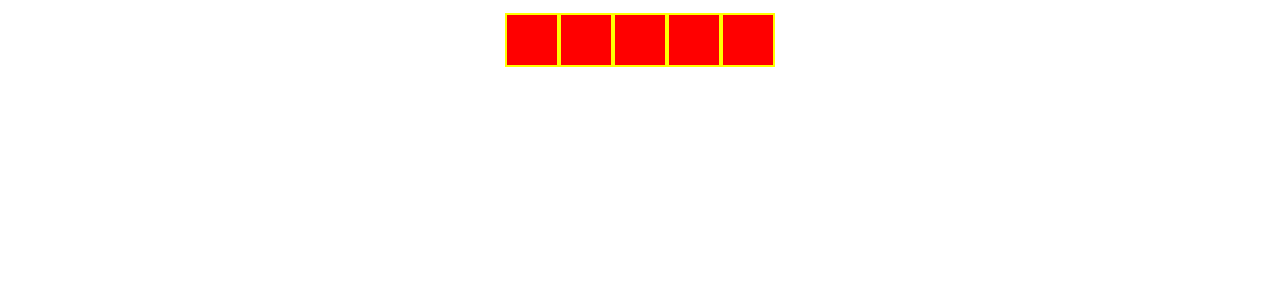
Repository: batonAnton/cursor_hw_10
Page: index.html
These files come from the project's save history. The page is drawn as it stood at one moment and after the next save; the edit follows.
The browser window is 1280 px wide. The pictures show the whole page.

Above is the page before, as saved 2023-01-31 11:10:32.

### index.html
<!DOCTYPE html>
<html lang="en">
<head>
    <meta charset="UTF-8">
    <meta http-equiv="X-UA-Compatible" content="IE=edge">
    <meta name="viewport" content="width=device-width, initial-scale=1.0">
    <title>DOM</title>
    <link rel="stylesheet" href="./css/style.css">
</head>
<body>
    <div class="container">
    <div class="block"></div>

    </div>
    <script src="/index.js"></script>
</body>
</html>

### css/style.css
.container{
    display: flex;
    justify-content: center;

}
.box{
    width: 50px;
    height: 50px;
    background-color: red;
    margin: 5px 0;
    border: 2px solid yellow;
}

### index.js
const container = document.querySelector(".container");
function generateBlocks(){
    for(let i = 0; i < 5; i++){
        const div = document.createElement("div");
        div.classList.add("box");
        container.prepend(div);
    }
}

generateBlocks();

After the next save:
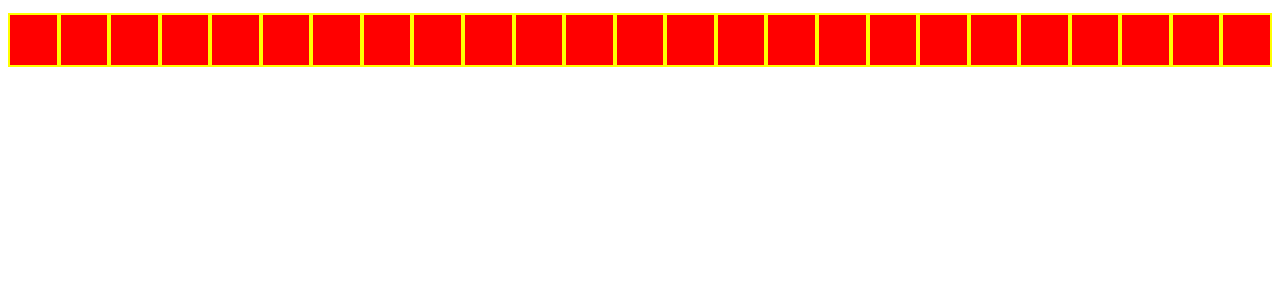
Saved 3 min 32 s later.
--- a/index.js
+++ b/index.js
@@ -1,10 +1,12 @@
 const container = document.querySelector(".container");
 function generateBlocks(){
     for(let i = 0; i < 5; i++){
-        const div = document.createElement("div");
-        div.classList.add("box");
-        container.prepend(div);
-    }
+        for(let i = 0; i < 5; i++){
+            const div = document.createElement("div");
+            div.classList.add("box");
+            container.prepend(div);
+        }
+}
 }
 
 generateBlocks();
